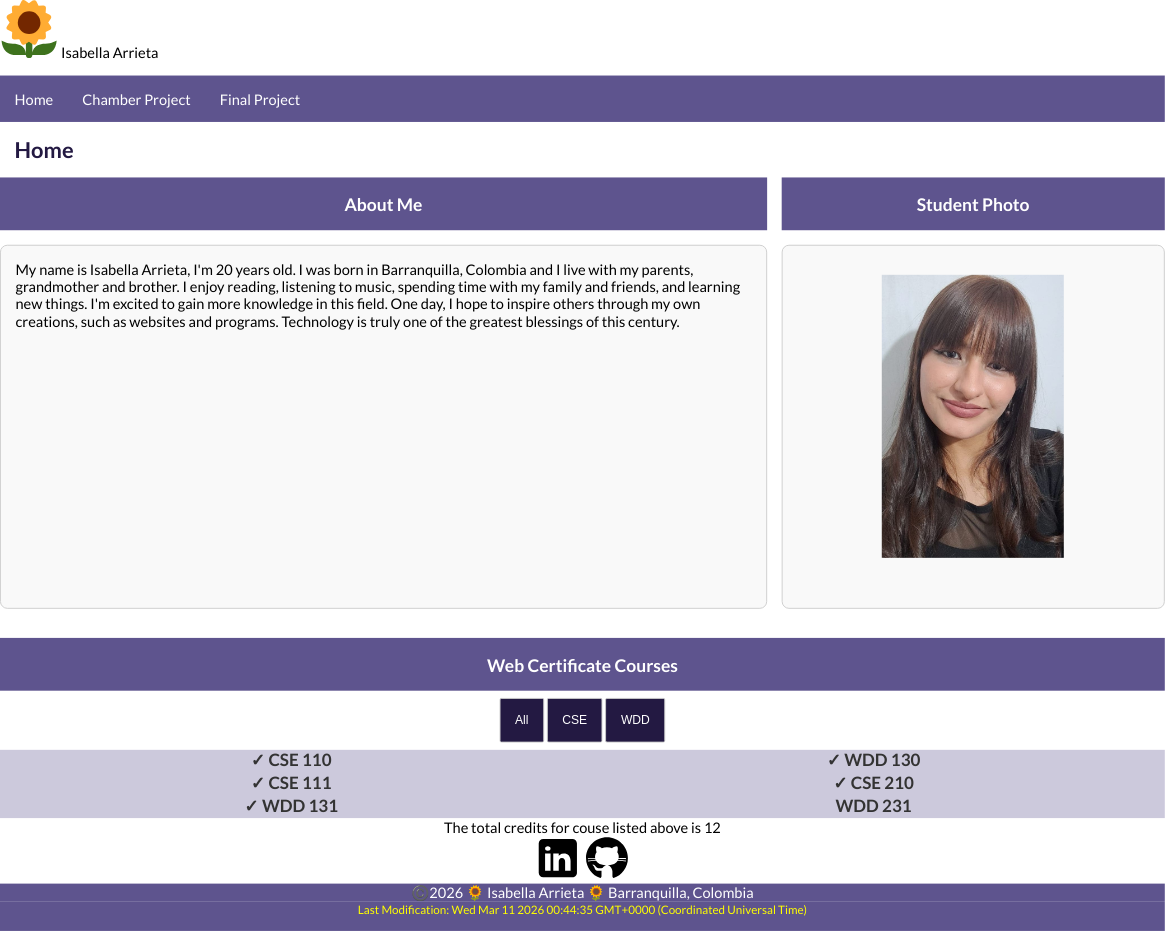
Repository: isaAJ05/wdd231
Page: index.html
These files come from the project's save history. The page is drawn as it stood at one moment and after the next save; the edit follows.
The browser window is 1280 px wide. The pictures show the whole page, at 91% of full size.
Some web fonts or font styles are not loaded; a fallback is used.

Above is the page before, as saved 2026-03-11 01:06:43.

### index.html
<!DOCTYPE html>
<html lang="en">
<head>
    <meta charset="UTF-8">
    <meta name="viewport" content="width=device-width, initial-scale=1.0">
    <title>WDD 231 – Web Frontend Development I – Isabella Arrieta</title>
    <meta name="description" content="WDD 231 – Web Frontend Development I Isabella Arrieta, This is a page about me">
    <meta name="author" content="Isabella Arrieta">
    <link rel="stylesheet" href="styles/normalize.css">
    <link rel="preconnect" href="https://fonts.googleapis.com">
    <link rel="preconnect" href="https://fonts.gstatic.com" crossorigin>
    <link href="https://fonts.googleapis.com/css2?family=Lato:ital,wght@0,100;0,300;0,400;0,700;0,900;1,100;1,300;1,400;1,700;1,900&family=Open+Sans:ital,wght@0,300..800;1,300..800&family=Play:wght@400;700&family=Raleway:ital,wght@0,100..900;1,100..900&display=swap" rel="stylesheet">
    <script src="scripts/getdates.js" defer></script>
    <script src="scripts/hamburguer.js" defer></script>
    <script src="scripts/courses.js" defer></script>
</head>
<body>
    <header>
        <div class="title">
            <img src="images/sunflower-svgrepo-com.svg" alt="Isabella Arrieta logo">
            <span>Isabella Arrieta</span>
        </div>
        <button id="menu" aria-label="Open menu"></button>
        <nav>
            <ul class="navigation">
			<li><a href="index.html">Home</a></li>
			<li><a href="#" class="chamber">Chamber Project</a></li>
			<li><a href="#" class="final">Final Project</a></li>
		</ul>
        </nav>
    </header>
    <main>
        <h1>Home</h1>
        <section>
         <div class="rectangle">
            <h2>About Me</h2>
            </div>
        <div class="card">
            <p>My name is Isabella Arrieta, I'm 20 years old. I was born in Barranquilla, Colombia and I live with my parents, grandmother and brother. I enjoy reading, listening to music, spending time with my family and friends, and learning new things. I'm excited to gain more knowledge in this field. One day, I hope to inspire others through my own creations, such as websites and programs. Technology is truly one of the greatest blessings of this century.</p>
        </div>
        </section>
        <section>
            <div class="rectangle">
                <h2>Student Photo</h2>
            </div>
            <div class="card">
                <img src="images/isa.jpg" alt="Isabella Arrieta picture">
            </div>
        </section>
        <section>
            <div class="rectangle">
                <h2>Web Certificate Courses</h2>
            </div>
            <div class="course-buttons">
                <button id="all">All</button>
                <button id="cse">CSE</button>
                <button id="wdd">WDD</button>
            </div>
            <div id="courses"></div>
            <p>The total credits for couse listed above is <span id="totalCredits"></span></p>

        </section>
    </main>
    <footer>
        <div class ="icons">
                <a href="https://www.linkedin.com/in/isabella-arrieta/" target="_blank"><img src="images/icons8-linkedin.svg" alt="LinkedIn icon"></a>
                <a href="https://github.com/isaaj05" target="_blank"><img src="images/icons8-github.svg" alt="GitHub icon"></a>
        </div>
        <p>
            ©️<span id="currentyear"></span> 🌻 Isabella Arrieta 🌻 Barranquilla, Colombia
        </p>
        <p class="last-modified">
            <span id="lastModified"></span>
        </p>
    </footer>

</body>
</html>

### styles/normalize.css
:root {
    --primary-color: #231942;
    --secondary-color: #5e548e;
    --font: "Lato", sans-serif;
}
* {
	margin: 0;
	padding: 0;
	box-sizing: border-box;
}
body{
	font-family: var(--font);
}
h1 {
	text-align: left;
	color: var(--primary-color);
	font-size: 1.5rem;
	margin-left: 1rem;
	position: left;
}

h2 {
	font-size: 1.2rem;
	color: #fff;
	text-align: center;
	margin: 1rem;
	}
header {
    position: relative;

}
nav {
	margin: 1rem auto;
}

/* small view navigation */
#menu {
	font-size: 1.5rem;
	border: 0;
	background: none;
	color: #000;
 	position: absolute;
  top: 1rem;
	right: 1rem;
}

#menu::before {
	content: "☰";
}

#menu.open::before {
	content: "✖️";
}

.navigation {
	display: flex;
	flex-direction: column;
	list-style: none;
	background-color: var(--secondary-color);
	color: #fff;
}

.navigation a {
	display: none;
	padding: 1rem;
	text-align: center;
	text-decoration: none;
	color: #fff;
}
.navigation a:hover {
	background-color: #bbb;
	color: #333;
	font-weight: 700;
}

/* when the button is clicked - the open class is toggled (added/removed) */
.open a {
	display: block;
}

.active::before {
	content: "📍";  /* just a wayfinding symbol for the user */
}

.card {
	border: 1px solid #ccc;
	border-radius: 8px;
	padding: 1rem;
	margin: 1rem auto;
	height: 400px;
	background-color: #f9f9f9;
}


.rectangle{
	padding: 0.1rem;
	background-color: var(--secondary-color);

}

.card img{
	width: 200px;
	height: auto;
	display: block;
	margin: 1rem auto;
}
#all, #cse , #wdd {
	background-color: var(--primary-color);
	color: #fff;
	cursor: pointer;
	border: 1px solid #ccc;
	border-radius: 2px;
	padding:  1rem;
	margin-top: 0.5rem;
	margin-bottom: 0.5rem;

}

#all:hover, #cse:hover , #wdd:hover {
	background-color: #ccc9dc;
    cursor: pointer;
	border: 1px solid gray;
	border-radius: 2px;
	color: #333;
	font-weight: 700;
}
#courses{
	display: grid;
	grid-template-columns: 1fr 1fr;
	background-color: #ccc9dc;
	color: #333;
	font-weight: 700;
	height: 75px;
}
footer {
    color:  #fff;
    text-align: center;
}
footer p {
    background: var(--secondary-color);
}
.last-modified {
    font-size: 0.8rem;
    color: yellow;
	padding-bottom: 1rem;
}

/* large view navigation ************************************/
@media (min-width: 37.5em) {

	 main {
        display: grid;
        grid-template-columns: 2fr 1fr;
        gap: 1rem;

    }

    main h1 {
        grid-column: 1 / -1;
    }

	main section:last-of-type {
    grid-column: 1 / -1;
	text-align: center;
    }

	#menu {
		display: none; /* hide hamburger button */
	}

	.navigation {
		flex-direction: row;
	}

	.navigation a {
		display: block;
		flex: 1 1 100%;
	}

}

### scripts/getdates.js
const year = document.querySelector("#currentyear");
const today = new Date();
year.innerHTML = `<span class="highlight">${today.getFullYear()}</span>`;
const lastMod = document.querySelector("#lastModified");
let oLastModif = new Date(document.lastModified);
lastMod.innerHTML = `Last Modification: <span class="highlight">${oLastModif}</span>`;

### scripts/hamburguer.js
const hamButton = document.querySelector('#menu');
const navigation = document.querySelector('.navigation');
const title = document.querySelector('.title');

hamButton.addEventListener('click', () => {
	navigation.classList.toggle('open');
    hamButton.classList.toggle('open');
    title.classList.toggle('open');
});

### scripts/courses.js
// here we select the elements we need to interact with
const courseContainer = document.querySelector("#courses"); // container for the course cards
const totalCredits = document.querySelector("#totalCredits"); // element to display total credits
// buttons to filter courses
const allBtn = document.querySelector("#all");
const cseBtn = document.querySelector("#cse");
const wddBtn = document.querySelector("#wdd");
// array given by the university with all the courses in the web certificate program
const courses = [
    {
        subject: 'CSE',
        number: 110,
        title: 'Introduction to Programming',
        credits: 2,
        certificate: 'Web and Computer Programming',
        description: 'This course will introduce students to programming. It will introduce the building blocks of programming languages (variables, decisions, calculations, loops, array, and input/output) and use them to solve problems.',
        technology: [
            'Python'
        ],
        completed: true
    },
    {
        subject: 'WDD',
        number: 130,
        title: 'Web Fundamentals',
        credits: 2,
        certificate: 'Web and Computer Programming',
        description: 'This course introduces students to the World Wide Web and to careers in web site design and development. The course is hands on with students actually participating in simple web designs and programming. It is anticipated that students who complete this course will understand the fields of web design and development and will have a good idea if they want to pursue this degree as a major.',
        technology: [
            'HTML',
            'CSS'
        ],
        completed: true
    },
    {
        subject: 'CSE',
        number: 111,
        title: 'Programming with Functions',
        credits: 2,
        certificate: 'Web and Computer Programming',
        description: 'CSE 111 students become more organized, efficient, and powerful computer programmers by learning to research and call functions written by others; to write, call , debug, and test their own functions; and to handle errors within functions. CSE 111 students write programs with functions to solve problems in many disciplines, including business, physical science, human performance, and humanities.',
        technology: [
            'Python'
        ],
        completed: true
    },
    {
        subject: 'CSE',
        number: 210,
        title: 'Programming with Classes',
        credits: 2,
        certificate: 'Web and Computer Programming',
        description: 'This course will introduce the notion of classes and objects. It will present encapsulation at a conceptual level. It will also work with inheritance and polymorphism.',
        technology: [
            'C#'
        ],
        completed: true
    },
    {
        subject: 'WDD',
        number: 131,
        title: 'Dynamic Web Fundamentals',
        credits: 2,
        certificate: 'Web and Computer Programming',
        description: 'This course builds on prior experience in Web Fundamentals and programming. Students will learn to create dynamic websites that use JavaScript to respond to events, update content, and create responsive user experiences.',
        technology: [
            'HTML',
            'CSS',
            'JavaScript'
        ],
        completed: true
    },
    {
        subject: 'WDD',
        number: 231,
        title: 'Frontend Web Development I',
        credits: 2,
        certificate: 'Web and Computer Programming',
        description: 'This course builds on prior experience with Dynamic Web Fundamentals and programming. Students will focus on user experience, accessibility, compliance, performance optimization, and basic API usage.',
        technology: [
            'HTML',
            'CSS',
            'JavaScript'
        ],
        completed: false
    }
]
// function to display the courses on the page
function displayCourses(courseList) {
    courseContainer.innerHTML = ""; // clear the container before adding new courses

    courseList.forEach(course => {
        const card = document.createElement("div"); // create a card for each course
        card.classList.add("course-card");

        if (course.completed) {
            card.classList.add("completed");// add a class to indicate the course is completed
        }

        card.innerHTML = `
            <h3>${course.completed ? '✓' : ''} ${course.subject} ${course.number}</h3>
        `;

        courseContainer.appendChild(card); // add the card to the container
    });

    calculateCredits(courseList);
}
function calculateCredits(courseList) {
    const total = courseList.reduce((sum, course) => sum + course.credits, 0); // calculate the total credits by summing the credits of all courses in the list
    totalCredits.textContent = total;
}

allBtn.addEventListener("click", () => {
    displayCourses(courses);
});

cseBtn.addEventListener("click", () => {
    const cseCourses = courses.filter(course => course.subject === "CSE");
    displayCourses(cseCourses);
});

wddBtn.addEventListener("click", () => {
    const wddCourses = courses.filter(course => course.subject === "WDD");
    displayCourses(wddCourses);
});

displayCourses(courses);

After the next save:
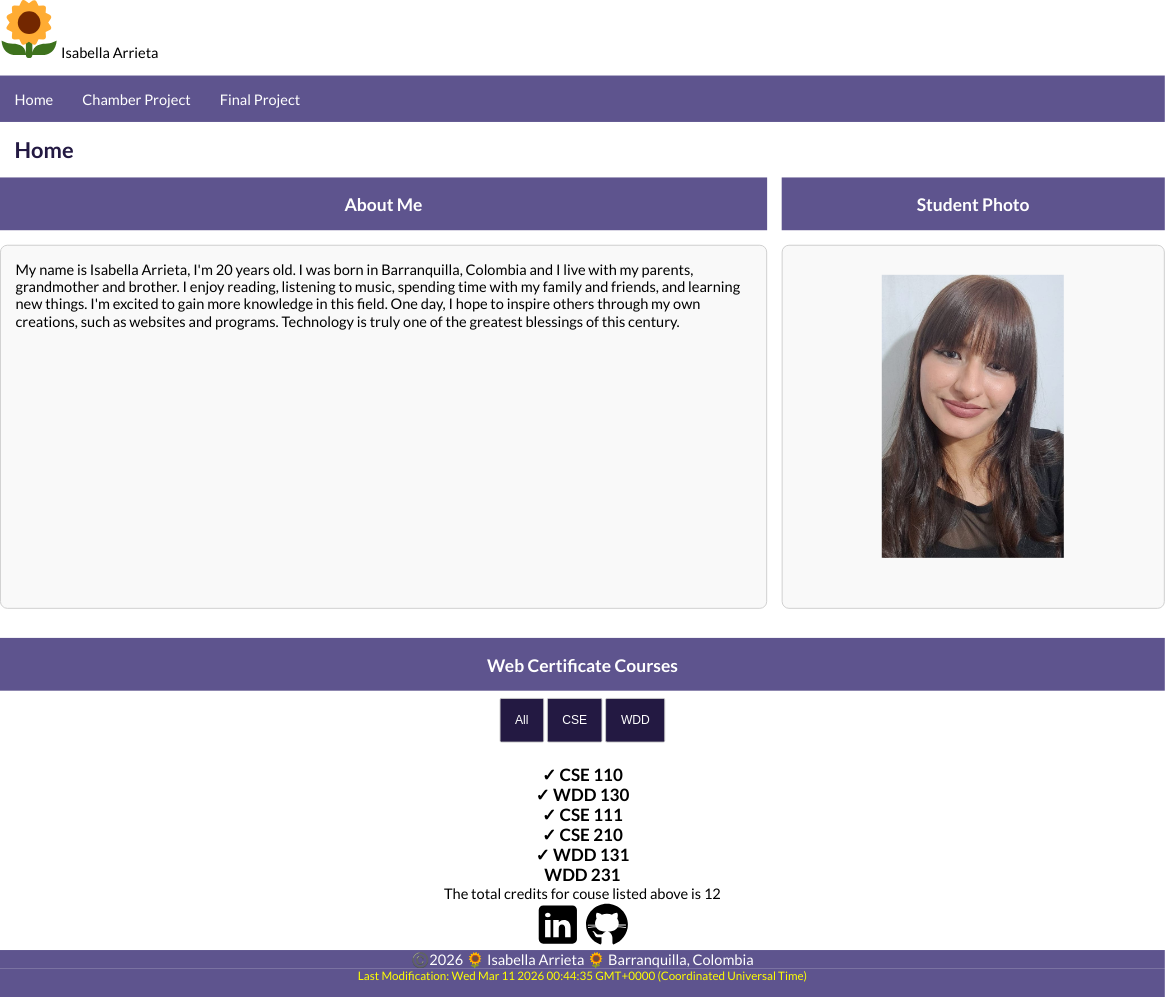
Saved 2 min 25 s later.
--- a/styles/normalize.css
+++ b/styles/normalize.css
@@ -125,12 +125,10 @@
 	font-weight: 700;
 }
 #courses{
-	display: grid;
-	grid-template-columns: 1fr 1fr;
-	background-color: #ccc9dc;
-	color: #333;
-	font-weight: 700;
-	height: 75px;
+	grid-template-columns: repeat(3, 1fr);
+	gap: 1rem;
+	justify-items: center;
+	margin-top: 1rem;
 }
 footer {
     color:  #fff;

After the save that followed:
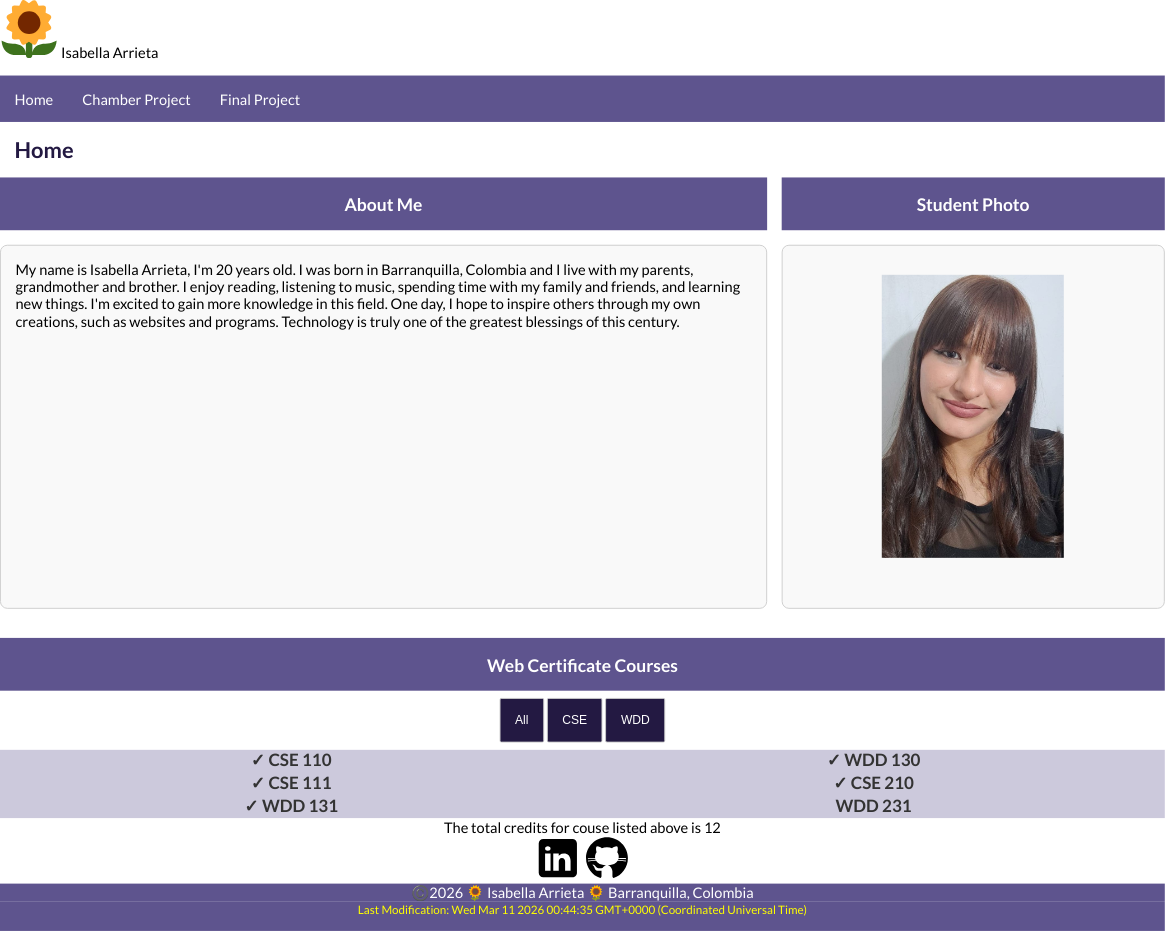
Saved 15 s later.
--- a/styles/normalize.css
+++ b/styles/normalize.css
@@ -125,10 +125,12 @@
 	font-weight: 700;
 }
 #courses{
-	grid-template-columns: repeat(3, 1fr);
-	gap: 1rem;
-	justify-items: center;
-	margin-top: 1rem;
+	display: grid;
+	grid-template-columns: 1fr 1fr;
+	background-color: #ccc9dc;
+	color: #333;
+	font-weight: 700;
+	height: 75px;
 }
 footer {
     color:  #fff;
